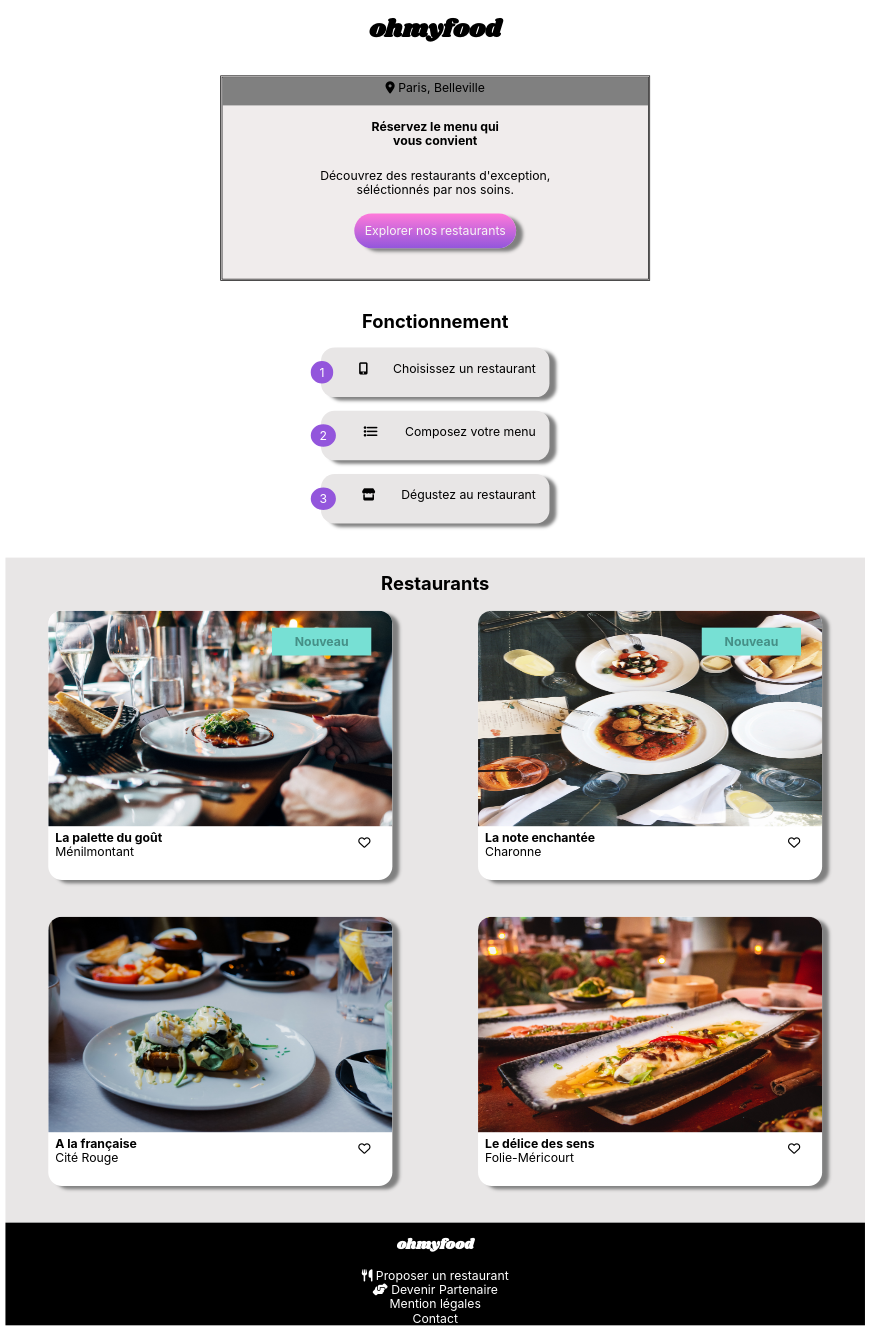
Repository: yacinebouk/ohmyfood
Page: index.html
An editor plug-in stored every save of this project. The page is shown before and after the next save, followed by the edit.
The browser window is 1280 px wide. The pictures show the whole page, at 68% of full size.
Some web libraries are served in a nearby version. The style sheet was rebuilt from its Sass, Less or Tailwind sources for each picture, by a compiler version that may differ from the author's.

Above is the page before, as saved 2022-07-07 17:10:02.

After the next save:
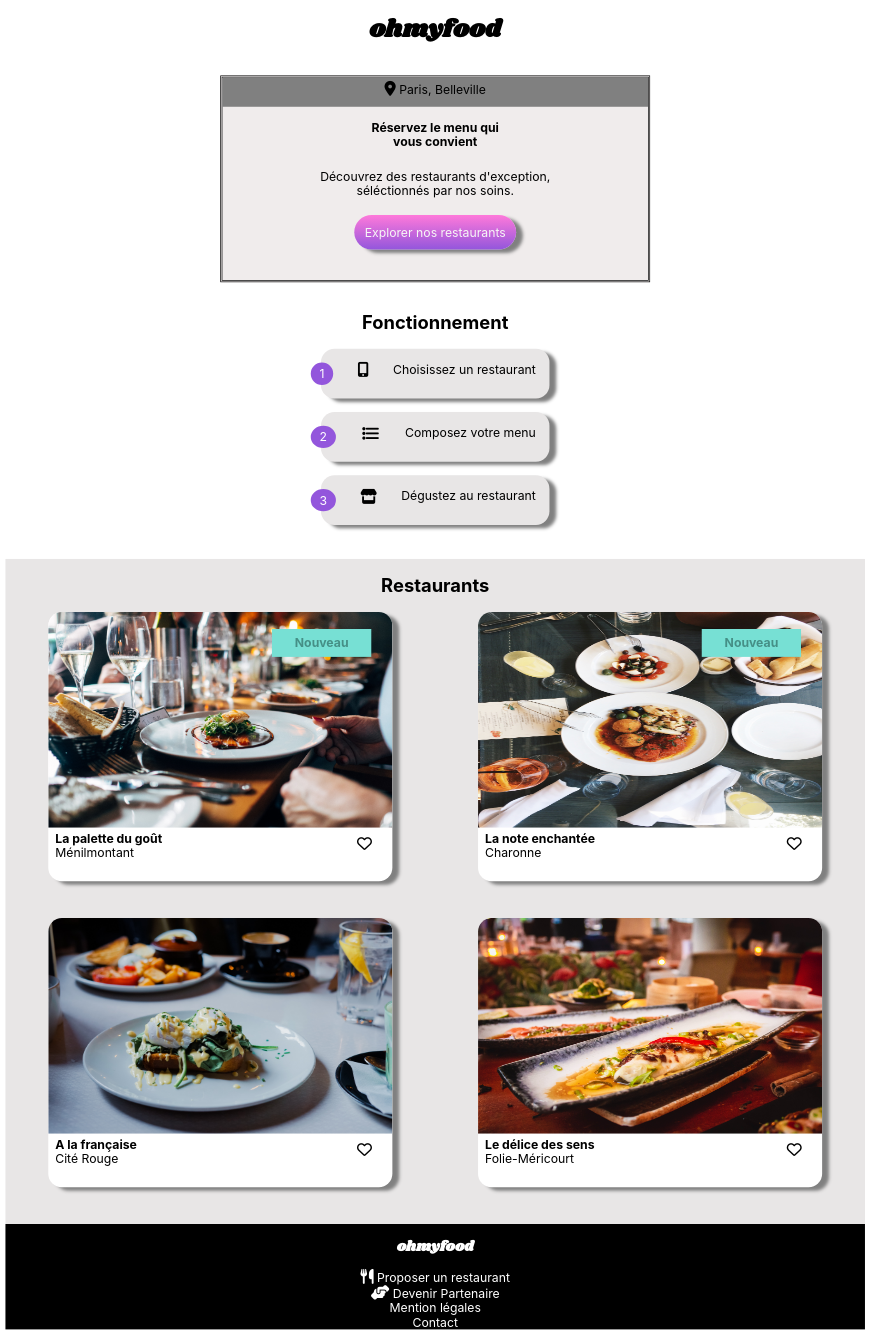
Saved 2 min 40 s later.
--- a/style/styles.scss
+++ b/style/styles.scss
@@ -225,7 +225,7 @@ h1 {
 }
 
 i {
-    font-size: 18px;
+    font-size: 22px;
 }
 
 @keyframes colorin {
